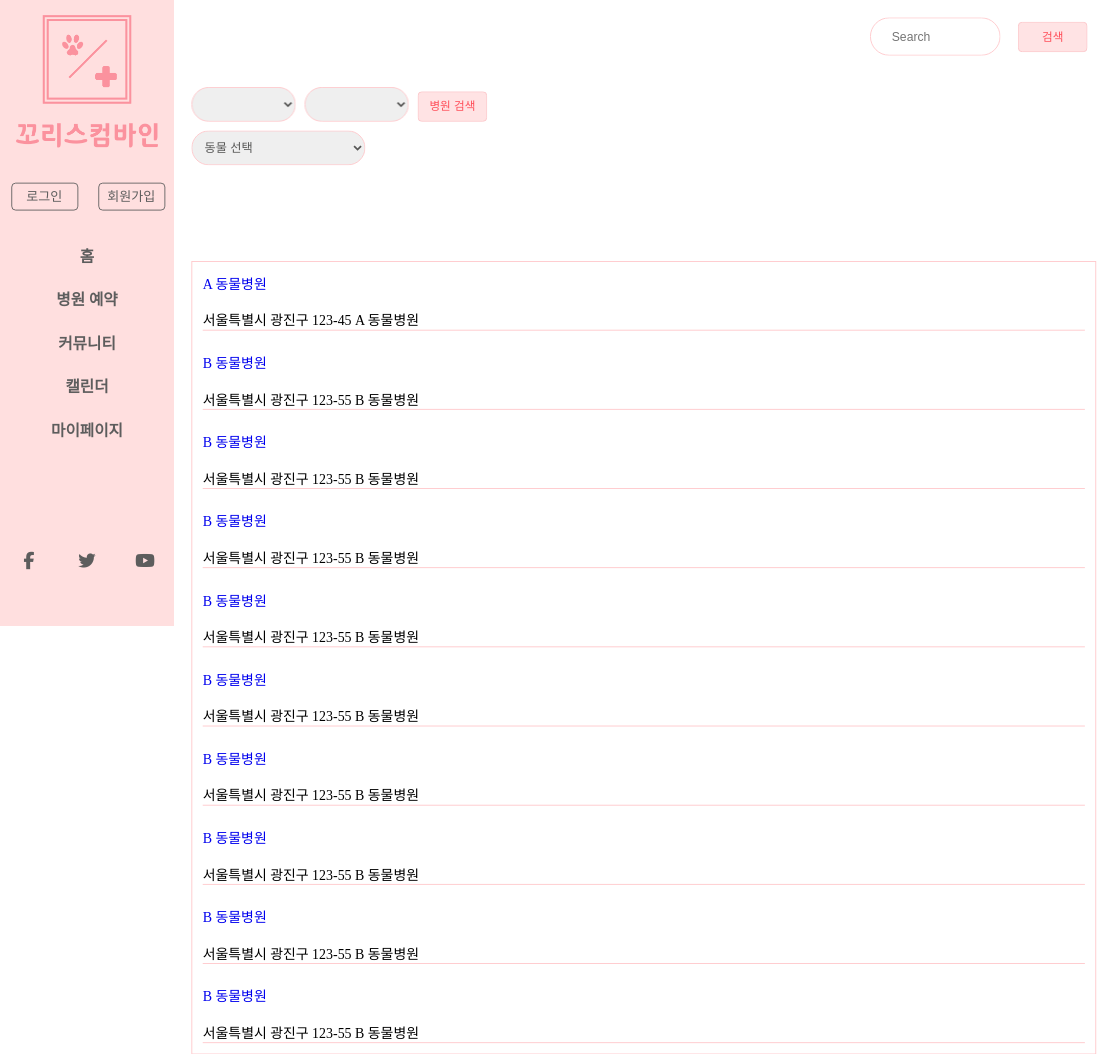
Repository: dodnam/kkoris
Page: http://localhost/1_kkoris/reservation1.jsp
These files come from the project's save history. The page is drawn as it stood at one moment and after the next save; the edit follows.
The browser window is 1280 px wide. The pictures show the whole page, at 87% of full size.
Some web libraries are served in a nearby version. The page is served by Tomcat 9.

Above is the page before, as saved 2020-02-17 02:17:47.
Console error: TypeError: Cannot read properties of undefined (reading 'options')

After the next save:
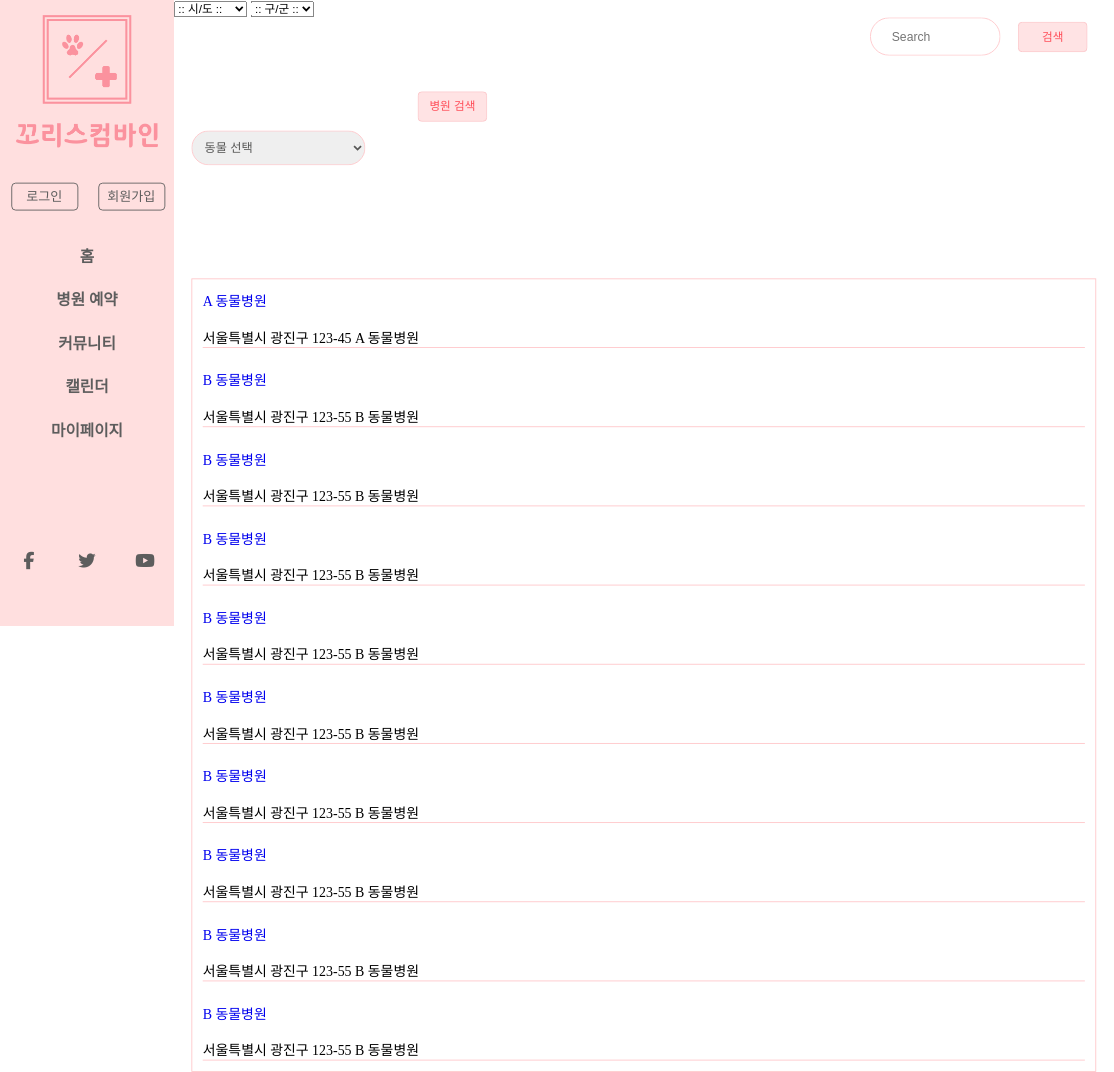
The error is gone.
Saved 13 s later.
--- a/1_kkoris/WebContent/reservation1.jsp
+++ b/1_kkoris/WebContent/reservation1.jsp
@@ -84,8 +84,8 @@
 			<button class="search_box1">검색</button>
 		</div>
 		<form name="form">
-			<select id="city" onchange="initChange(this.form);"></select>
-			<select id="gugun"></select>
+			<select id="first" onchange="initChange(this.form);"></select>
+			<select id="second"></select>
 		</form>
 		<div >
 			<button class="search_box2">병원 검색</button>
